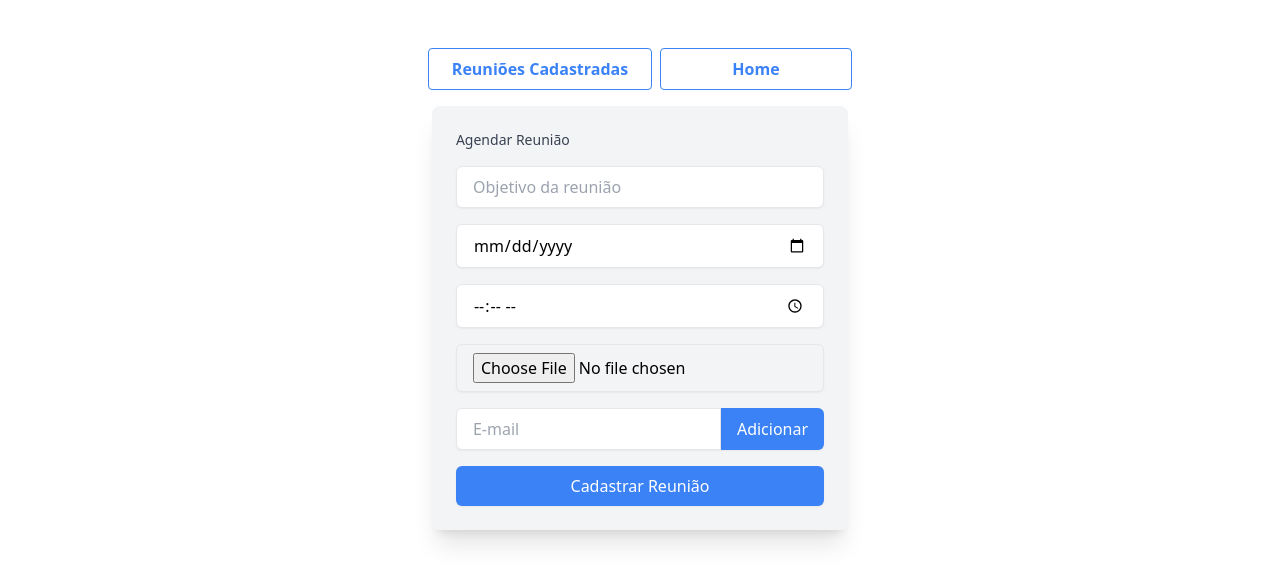
Repository: TamiBeira/meeting
Page: /form
An editor plug-in stored every save of this project. The page is shown before and after the next save, followed by the edit.
The browser window is 1280 px wide. The pictures show the whole page.
The project was rebuilt for these pictures with package versions that can differ from the ones it lists, and the page was loaded fresh each time. Also part of the build but not shown: vite.config.ts, src/contexts/MeetingsContext.tsx, src/components/MeetingsView.tsx, src/components/HomePage.tsx.

Above is the page before, as saved 2024-02-26 23:53:39.

### index.html
<!doctype html>
<html lang="pt">
  <head>
    <meta charset="UTF-8" />
    <meta name="viewport" content="width=device-width, initial-scale=1.0" />
    <title>Meeting</title>
  </head>
  <body>
    <div id="root"></div>
    <script type="module" src="/src/main.tsx"></script>
  </body>
</html>

### src/app.tsx
import { BrowserRouter as Router, Routes, Route } from 'react-router-dom';
import { FormProvider } from './contexts/FormContext';
import { MeetingsProvider } from './contexts/MeetingsContext';
import { Form } from './components/Form';
import { MeetingsView } from './components/MeetingsView';
import { HomePage } from './components/HomePage';

export const App = () => {
  return (
    <Router>
      <Routes>
        <Route path="/" element={<HomePage />} />
        <Route path="/form" element={<FormProvider><Form /></FormProvider>} />
        <Route path="/meetings" element={<MeetingsProvider><MeetingsView /></MeetingsProvider>} />
      </Routes>
    </Router>
  );
};

### src/contexts/FormContext.tsx
import { createContext, useContext, useState, ChangeEvent, FormEvent, ReactNode } from "react";
import { toast } from 'react-toastify';
import 'react-toastify/dist/ReactToastify.css';

export interface MeetingContextDataProps {
  data: string;
  hora: string;
  imagem: string;
  title: string;
  emails: string[];
  emailInput: string;
  handleDataChange: (event: ChangeEvent<HTMLInputElement>) => void;
  handleImagemChange: (event: ChangeEvent<HTMLInputElement>) => void;
  handleTitleChange: (event: ChangeEvent<HTMLInputElement>) => void;
  handleHoraChange: (event: ChangeEvent<HTMLInputElement>) => void;
  handleEmailInputChange: (event: ChangeEvent<HTMLInputElement>) => void;
  handleAddEmail: () => void;
  handleRemoveEmail: (index: number) => void;
  handleSubmit: (event: FormEvent<HTMLFormElement>) => void;
}

interface MeetingContextProviderProps {
  children: ReactNode;
}

const FormContext = createContext({} as MeetingContextDataProps);

export const useFormContext = () => {
  return useContext(FormContext);
};

export const FormProvider = ({ children }: MeetingContextProviderProps) => {
  const [data, setData] = useState('');
  const [hora, setHora] = useState('');
  const [imagem, setImagem] = useState<File | null>(null);
  const [title, setTitle] = useState('');
  const [emails, setEmails] = useState<string[]>([]);
  const [emailInput, setEmailInput] = useState('');

  const handleDataChange = (event: ChangeEvent<HTMLInputElement>) => {
    setData(event.target.value);
  };

  const handleImagemChange = (event: ChangeEvent<HTMLInputElement>) => {
    if (event.target.files && event.target.files[0]) {
      setImagem(event.target.files[0]);
    }
  };

  const handleTitleChange = (event: ChangeEvent<HTMLInputElement>) => {
    setTitle(event.target.value);
  };

  const handleHoraChange = (event: ChangeEvent<HTMLInputElement>) => {
    setHora(event.target.value);
  };

  const handleEmailInputChange = (event: ChangeEvent<HTMLInputElement>) => {
    setEmailInput(event.target.value);
  };

  const handleAddEmail = () => {
    setEmails([...emails, emailInput]);
    setEmailInput('');
  };

  const handleRemoveEmail = (index: number) => {
    const updatedEmails = [...emails];
    updatedEmails.splice(index, 1);
    setEmails(updatedEmails);
  };

  const handleSubmit = (event: FormEvent<HTMLFormElement>) => {
    event.preventDefault();

    const selectedDateTime = new Date(`${data}T${hora}`);
    const formattedDate = selectedDateTime.toLocaleDateString('pt-BR');
    const formattedTime = selectedDateTime.toLocaleTimeString('pt-BR', { hour: '2-digit', minute: '2-digit' });

    let imagemUrl = '';
    if (imagem) {
      const reader = new FileReader();
      reader.onload = (e) => {
        imagemUrl = e.target?.result as string;
        const meetingData = {
          title,
          data: formattedDate,
          hora: formattedTime,
          imagem: imagemUrl,
          emails
        };

        const existingData = localStorage.getItem('meetingData');
        let allMeetings: any[] = [];

        if (existingData) {
          allMeetings = JSON.parse(existingData);
        }

        const isDuplicate = allMeetings.some((meeting: any) => {
          const sameDateAndTime = meeting.data === formattedDate && meeting.hora === formattedTime;
          const sameEmails = meeting.emails.length === emails.length && meeting.emails.every((email: string) => emails.includes(email));
          return sameDateAndTime && sameEmails;
        });

        if (isDuplicate) {
          toast.error('Esta data, hora e lista de e-mails já estão sendo usadas por outra reunião.');
        } else {
          allMeetings.push(meetingData);

          localStorage.setItem('meetingData', JSON.stringify(allMeetings));

          setData('');
          setHora('');
          setImagem(null);
          setTitle('');
          setEmailInput('');
          setEmails([]);

          toast.success('Reunião cadastrada com sucesso!');
        }
      };
      reader.readAsDataURL(imagem);
    } else {
      toast.error('Por favor, selecione uma imagem.');
    }
  };

  return (
    <FormContext.Provider
      value={{
        data,
        hora,
        imagem: imagem ? URL.createObjectURL(imagem) : '',
        title,
        emails,
        emailInput,
        handleDataChange,
        handleImagemChange,
        handleTitleChange,
        handleHoraChange,
        handleEmailInputChange,
        handleAddEmail,
        handleRemoveEmail,
        handleSubmit,
      }}
    >
      {children}
    </FormContext.Provider>
  );
};

### src/components/Form.tsx
import { Link } from 'react-router-dom';
import { useFormContext } from '../contexts/FormContext';
import { ToastContainer } from 'react-toastify';

export const Form = () => {
  const {
    data,
    hora,
    title,
    emails,
    emailInput,
    handleDataChange,
    handleTitleChange,
    handleHoraChange,
    handleEmailInputChange,
    handleImagemChange,
    handleAddEmail,
    handleRemoveEmail,
    handleSubmit,
  } = useFormContext();

  return (
    <main className="flex flex-col items-center mt-8">
      <div className="mt-4 mb-4">
        <Link to="/meetings" className="w-56 inline-block text-center border border-solid border-blue-500 text-blue-500 font-bold mr-2 px-4 py-2 rounded">Reuniões Cadastradas</Link>
        <Link to="/" className="w-48 inline-block text-center border border-solid border-blue-500 text-blue-500 font-bold px-4 py-2 rounded">Home</Link>
      </div>
      <div className="mx-auto max-w-md p-6 bg-gray-100 rounded-lg shadow-xl">
        <form onSubmit={handleSubmit} className="space-y-4">
          <label htmlFor="reuniao" className="block text-sm font-medium text-gray-700">Agendar Reunião</label>
          <input
            type="text"
            placeholder="Objetivo da reunião"
            id="reuniao"
            value={title}
            onChange={handleTitleChange}
            className="block w-full px-4 py-2 border rounded-md shadow-sm focus:outline-none focus:ring-blue-500 focus:border-blue-500"
          />
          <input
            type="date"
            name="data"
            id="data"
            value={data}
            onChange={handleDataChange}
            className="block w-full px-4 py-2 border rounded-md shadow-sm focus:outline-none focus:ring-blue-500 focus:border-blue-500"
          />
          <input
            type="time"
            name="hora"
            id="hora"
            value={hora}
            onChange={handleHoraChange}
            className="block w-full px-4 py-2 border rounded-md shadow-sm focus:outline-none focus:ring-blue-500 focus:border-blue-500"
          />
          <input
            type="file"
            name="imagem"
            id="imagem"
            accept="image/*"
            onChange={handleImagemChange}
            className="block w-full px-4 py-2 border rounded-md shadow-sm focus:outline-none focus:ring-blue-500 focus:border-blue-500"
          />
          <div className="flex">
            <input
              type="text"
              placeholder="E-mail"
              value={emailInput}
              onChange={handleEmailInputChange}
              className="block flex-1 w-full px-4 py-2 border rounded-l-md shadow-sm focus:outline-none focus:ring-blue-500 focus:border-blue-500"
            />
            <button
              type="button"
              onClick={handleAddEmail}
              className="px-4 py-2 bg-blue-500 text-white rounded-r-md shadow-sm hover:bg-blue-600 focus:outline-none focus:ring-blue-500 focus:border-blue-500"
            >
              Adicionar
            </button>
          </div>
          <div>
            {emails.map((email, index) => (
              <div key={index} className="flex items-center">
                <div>{email}</div>
                <button
                  type="button"
                  onClick={() => handleRemoveEmail(index)}
                  className="ml-2 text-red-500"
                >
                  Remover
                </button>
              </div>
            ))}
          </div>
          <button
            type="submit"
            className="block w-full px-4 py-2 bg-blue-500 text-white rounded-md shadow-sm hover:bg-blue-600 focus:outline-none focus:ring-blue-500 focus:border-blue-500"
          >
            Cadastrar Reunião
          </button>
        </form>
        <ToastContainer />
      </div>
    </main>
  );
};

### tailwind.config.js
/** @type {import('tailwindcss').Config} */
export default {
  content: [
    "./index.html",
    "./src/**/*.tsx",
  ],
  theme: {
    extend: {},
  },
  plugins: [],
}

Loaded but not shown: src/main.tsx (common file); src/index.css (common file)

After the next save:
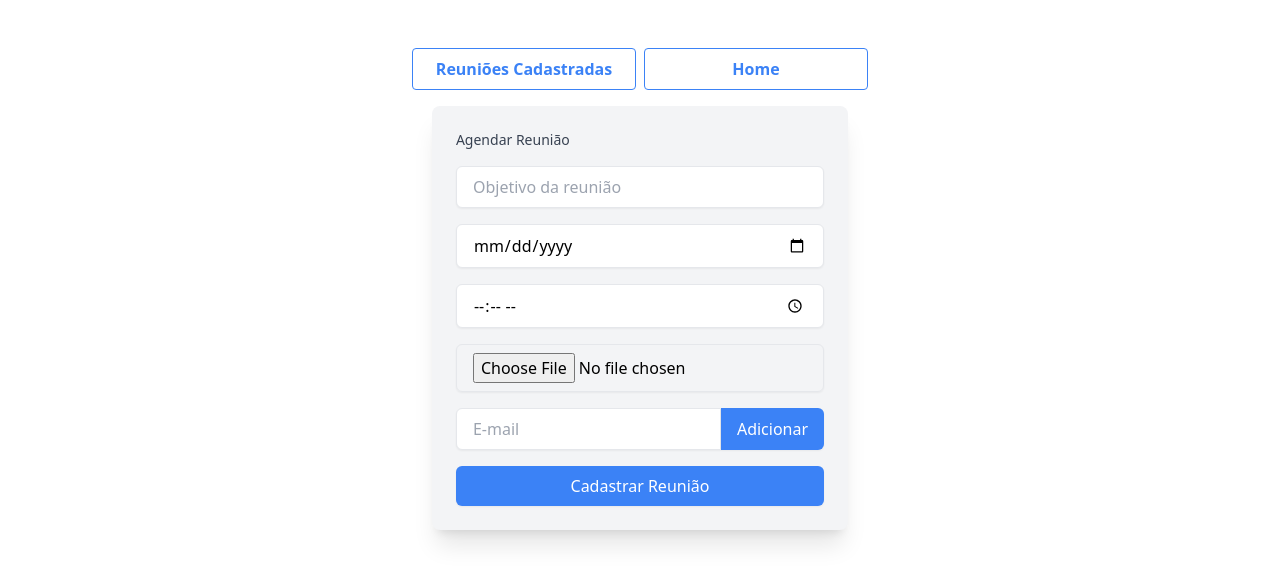
Saved 10 s later.
--- a/src/components/Form.tsx
+++ b/src/components/Form.tsx
@@ -23,7 +23,7 @@ export const Form = () => {
     <main className="flex flex-col items-center mt-8">
       <div className="mt-4 mb-4">
         <Link to="/meetings" className="w-56 inline-block text-center border border-solid border-blue-500 text-blue-500 font-bold mr-2 px-4 py-2 rounded">Reuniões Cadastradas</Link>
-        <Link to="/" className="w-48 inline-block text-center border border-solid border-blue-500 text-blue-500 font-bold px-4 py-2 rounded">Home</Link>
+        <Link to="/" className="w-56 inline-block text-center border border-solid border-blue-500 text-blue-500 font-bold px-4 py-2 rounded">Home</Link>
       </div>
       <div className="mx-auto max-w-md p-6 bg-gray-100 rounded-lg shadow-xl">
         <form onSubmit={handleSubmit} className="space-y-4">
